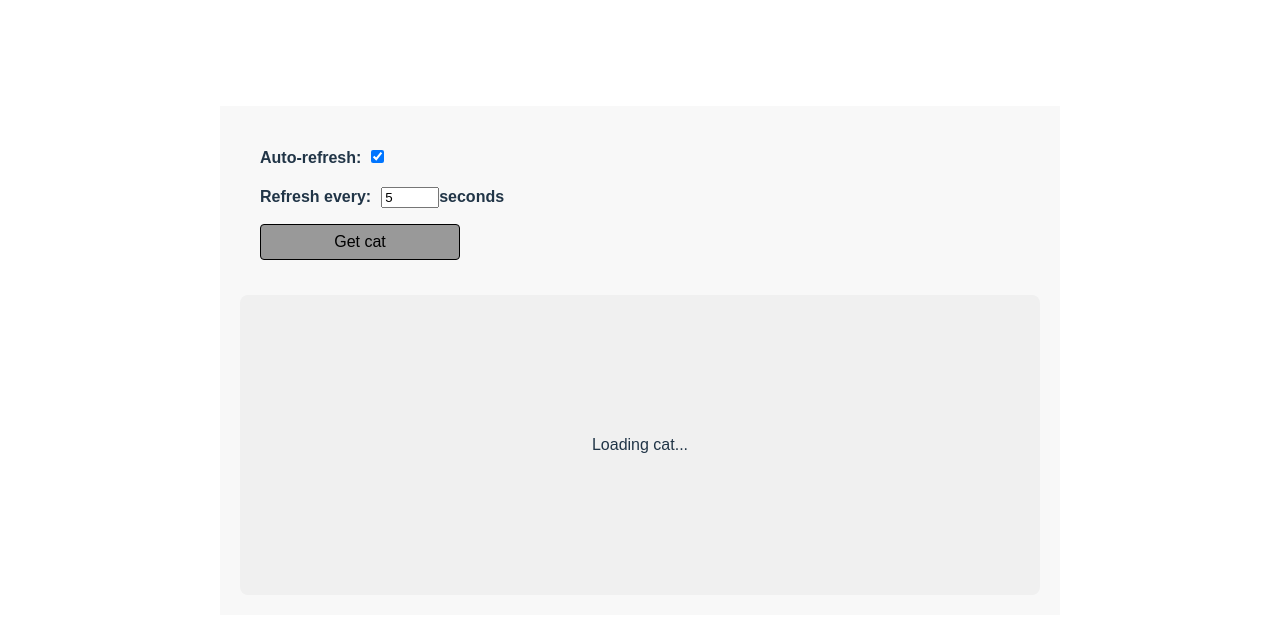
Repository: Pharaoh5/test-assignment5
Page: /
These files come from the project's save history. The page is drawn as it stood at one moment and after the next save; the edit follows.
The browser window is 1280 px wide. The pictures show the whole page.
The page's requests for data from a server got no answer. The project was rebuilt for these pictures with package versions that can differ from the ones it lists, and the page was loaded fresh each time. No one was signed in, and anything a server would have sent is missing. Also part of the build but not shown: vite.config.ts.

Above is the page before, as saved 2025-04-08 19:28:54.

After the next save:
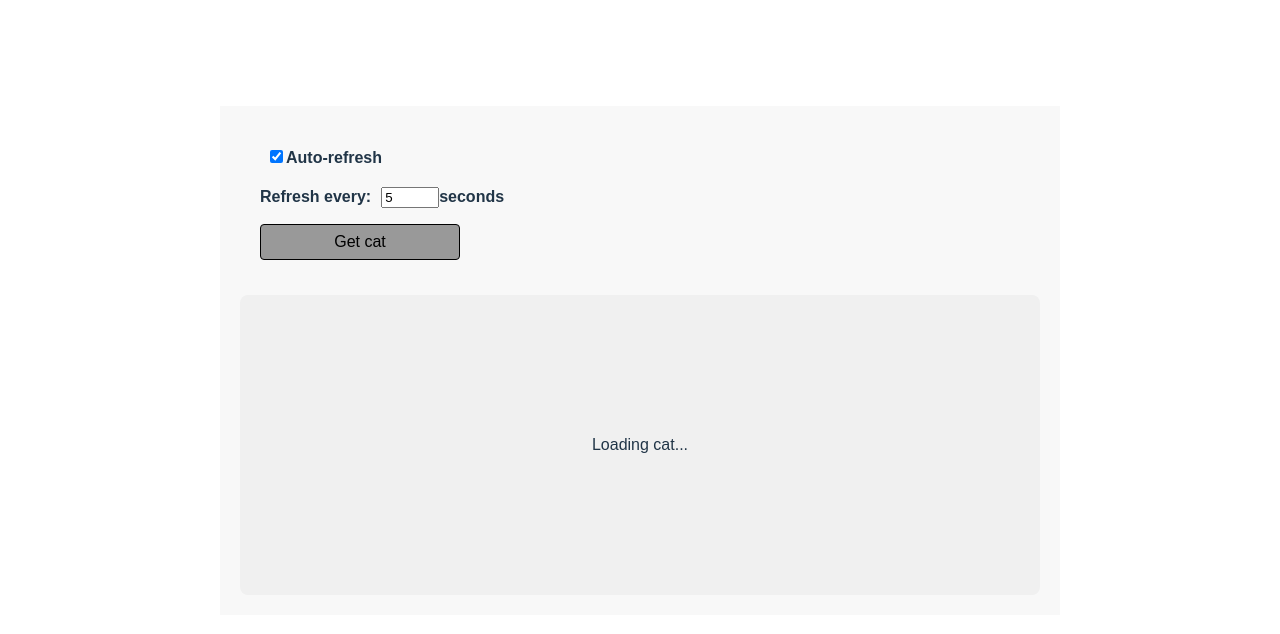
Saved 24 s later.
--- a/src/components/Controls.tsx
+++ b/src/components/Controls.tsx
@@ -51,13 +51,13 @@ const Controls: React.FC<ControlsProps> = ({
     <ControlsContainer>
       <ControlGroup>
         <Label>
-          Auto-refresh:
           <input
             type="checkbox"
             checked={autoRefresh}
             onChange={onToggleAutoRefresh}
             style={{ marginLeft: '10px' }}
           />
+          Auto-refresh
         </Label>
       </ControlGroup>
 
